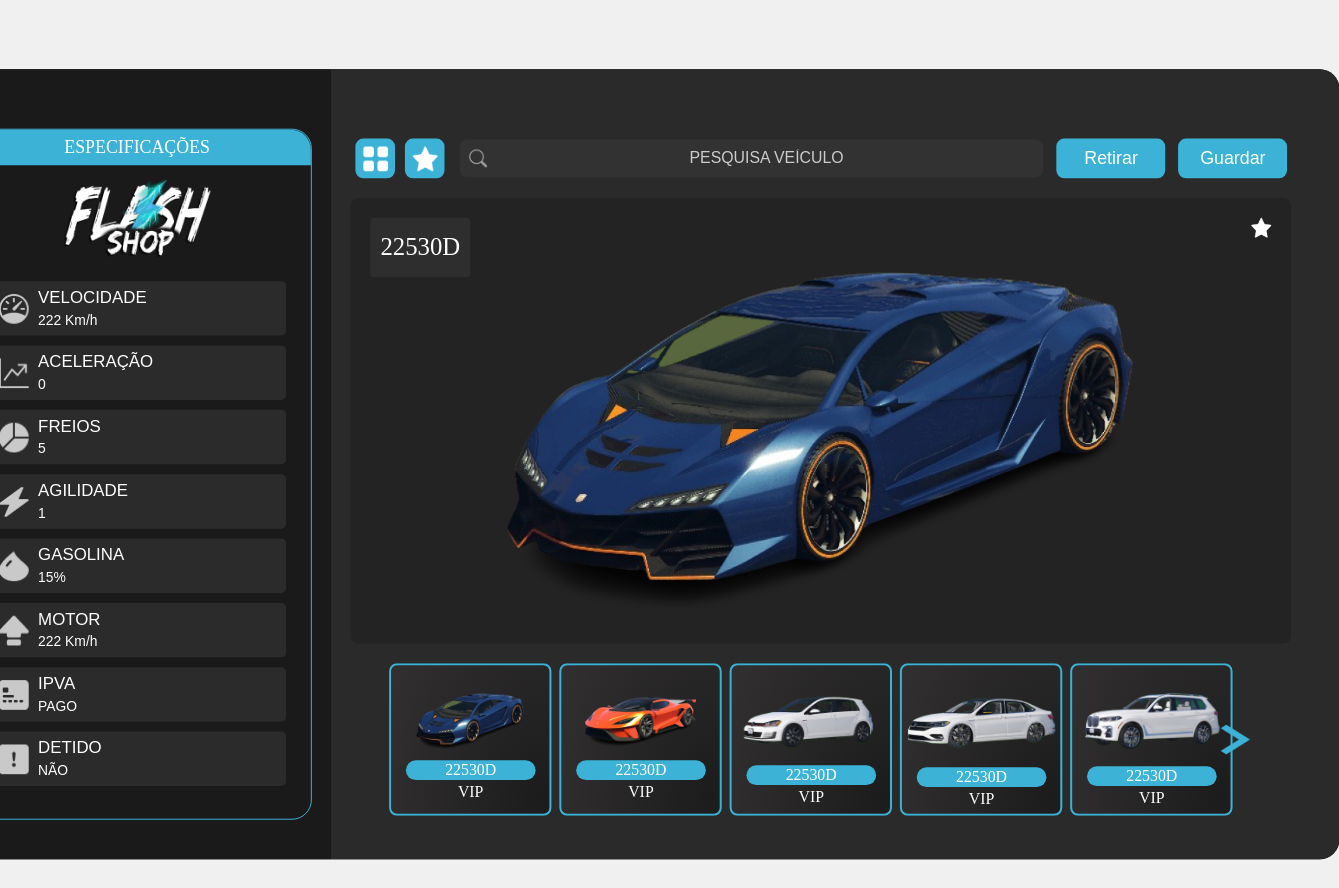
Repository: DuMCorrea/Garagem
Page: index.html
These files come from the project's save history. The page is drawn as it stood at one moment and after the next save; the edit follows.
The browser window is 1280 px wide. The page is 1353 px wide, so the pictures cover 1353 px, including what lies to the right of the window. The pictures show the whole page, at 99% of full size.
Some web fonts or font styles are not loaded; a fallback is used.

Above is the page before, as saved 2024-08-22 19:57:37.

### index.html
<!DOCTYPE html>
<html lang="pt-BR">
<head>
    <meta charset="UTF-8">
    <meta name="viewport" content="width=device-width, initial-scale=1.0">
    <link href="https://fonts.googleapis.com/css2?family=Baloo+Bhai&display=swap" rel="stylesheet">
    <title>Div Principal</title>
    <link rel="stylesheet" href="styles.css">
</head>
<body>
    <div class="div-principal">
        <div class="div-esquerda">
            <div class="retangulo-informacoes-3 duplicadoo">
                <img src="assets/FlashStore 2.png" alt="Imagem Mecânico" class="imagem-mecanico">
                <div class="titulo-retangulo">ESPECIFICAÇÕES</div>
                <div class="saldo-conteudo">
                    <div class="saldo-item">
                        <img src="assets/Velo.png" alt="Imagem de Carteira" class="saldo-imagem">
                        <div class="saldo-texto">
                            <p class="saldo-titulo">VELOCIDADE</p>
                            <p class="saldo-valor">222 Km/h</p>
                        </div>
                    </div>
                    <div class="saldo-item">
                        <img src="assets/Ace.png" alt="Imagem de Carteira" class="saldo-imagem">
                        <div class="saldo-texto">
                            <p class="saldo-titulo">ACELERAÇÃO</p>
                            <p class="saldo-valor">0</p>
                        </div>
                    </div>
                    <div class="saldo-item">
                        <img src="assets/Freios.png" alt="Imagem de Carteira" class="saldo-imagem">
                        <div class="saldo-texto">
                            <p class="saldo-titulo">FREIOS</p>
                            <p class="saldo-valor">5</p>
                        </div>
                    </div>
                    <div class="saldo-item">
                        <img src="assets/Agi.png" alt="Imagem de Carteira" class="saldo-imagem">
                        <div class="saldo-texto">
                            <p class="saldo-titulo">AGILIDADE</p>
                            <p class="saldo-valor">1</p>
                        </div>
                    </div>
                    <div class="saldo-item">
                        <img src="assets/Gaso.png" alt="Imagem de Carteira" class="saldo-imagem">
                        <div class="saldo-texto">
                            <p class="saldo-titulo">GASOLINA</p>
                            <p class="saldo-valor">15%</p>
                        </div>
                    </div>
                    <div class="saldo-item">
                        <img src="assets/Motor.png" alt="Imagem de Carteira" class="saldo-imagem">
                        <div class="saldo-texto">
                            <p class="saldo-titulo">MOTOR</p>
                            <p class="saldo-valor">222 Km/h</p>
                        </div>
                    </div>
                    <div class="saldo-item">
                        <img src="assets/Ipva.png" alt="Imagem de Carteira" class="saldo-imagem">
                        <div class="saldo-texto">
                            <p class="saldo-titulo">IPVA</p>
                            <p class="saldo-valor">PAGO</p>
                        </div>
                    </div>
                    <div class="saldo-item">
                        <img src="assets/Detido.png" alt="Imagem de Carteira" class="saldo-imagem">
                        <div class="saldo-texto">
                            <p class="saldo-titulo">DETIDO</p>
                            <p class="saldo-valor">NÃO</p>
                        </div>
                    </div>

                </div>
            </div>
        </div>


        <div class="div-direita">
            <div class="retangulo-fundo">
                <!-- Adicionando os quadrados e o input de pesquisa ao fundo -->
                <div class="container-quadrados">
                    <button class="botao-quadrado-azul">
                        <img src="assets/4Quadrados.png" alt="Ícone 1" class="pequena-imagem">
                    </button>
                    <button class="botao-quadrado-azul">
                        <img src="assets/estrela.png" alt="Ícone 2" class="pequena-imagem">
                    </button>
                    <div class="input-container">
                        <input type="text" class="input-pesquisa" placeholder="PESQUISA VEÍCULO">
                        <button class="botao-icone-pesquisa">
                            <img src="assets/lupa (2).png" alt="Ícone Pesquisa" class="icone-pesquisa">
                        </button>
                        <!-- Novos retângulos ao lado do input -->
                        <button class="botao-retangulo-azul">Retirar</button>
                        <button class="botao-retangulo-azul">Guardar</button>
                    </div>
                </div>

                <div class="codigo-overlay">22530D</div>
                <img src="assets/CarroMaior.png" alt="Imagem Central" class="imagem-central">
                <img src="assets/Estrela.png" alt="Ícone Superior Direito" class="imagem-direita">
            </div>

            <!-- Nova seção para os cards com fundo retangular azul claro -->
            <div class="fundo-cards">
                <img src="assets/menorMaior.png" alt="Seta Esquerda" class="seta-esquerda">
                <div class="cards-container">
                    <div class="card">
                        <img src="assets/carro1.png" alt="Card 1" class="card-image">
                        <div class="card-content">
                            <div class="card-code">22530D</div>
                            <div class="card-vip">VIP</div>
                        </div>
                    </div>
                    <div class="card">
                        <img src="assets/carro2.png" alt="Card 2" class="card-image">
                        <div class="card-content">
                            <div class="card-code">22530D</div>
                            <div class="card-vip">VIP</div>
                        </div>
                    </div>
                    <div class="card">
                        <img src="assets/carro3.png" alt="Card 3" class="card-image2">
                        <div class="card-content">
                            <div class="card-code">22530D</div>
                            <div class="card-vip">VIP</div>
                        </div>
                    </div>
                    <div class="card">
                        <img src="assets/carro4.png" alt="Card 4" class="card-image3">
                        <div class="card-content">
                            <div class="card-code">22530D</div>
                            <div class="card-vip">VIP</div>
                        </div>
                    </div>
                    <div class="card">
                        <img src="assets/carro5.png" alt="Card 5" class="card-image4">
                        <div class="card-content">
                            <div class="card-code">22530D</div>
                            <div class="card-vip">VIP</div>
                        </div>
                    </div>
                    <img src="assets/maiorMenor.png" alt="Seta Direita" class="seta-direita">
                </div>
            </div>
        </div>







    </div>
</body>
</html>

### styles.css
body {
    display: flex;
    flex-direction: column;
    align-items: center;
    margin: 0;
    background-color: #f0f0f0;
    font-family: 'Baloo Bhai';
    overflow-y: auto;
    margin-top: 70px;
}

.div-principal {
    position: relative;
    display: flex;
    width: 1425px;
    height: 798px;
    border-radius: 20px;
    background-color: #010101;
    margin-bottom: 20px;
}

.div-esquerda {
    width: 27%; /* Ocupa 30% da largura da div-principal */
    background-color: #1A1A1A; /* Cor de fundo diferente para destaque */
    border-radius: 20px 0px 0px 20px; /* Canto arredondado na esquerda */
    padding: 20px;
}

.div-direita {
    width: 72%; /* Ocupa 70% da largura da div-principal */
    background-color: #2A2A2A; /* Cor de fundo diferente para destaque */
    border-radius: 0px 20px 20px 0px; /* Canto arredondado na direita */
    padding: 20px;
}

.retangulo-informacoes-3 {
    width: 320px;
    height: 232px;
    position: absolute;
    top: 580px;
    left: 462px;
    border-radius: 20px;
    border: 1px solid #3CB3D6;
    background-color: rgba(0, 0, 0, 0); /* Ajuste da opacidade de fundo */
    opacity: 1; /* Visibilidade ativada */
}
.duplicadoo {
    width: 350px;
    height: 696px;
    position: absolute;
    top: 60px;
    left: 35px;
    border-radius: 20px;
    border: 1px solid #3CB3D6;
    background-color: rgba(0, 0, 0, 0); /* Ajuste da opacidade de fundo */
    opacity: 1; /* Visibilidade ativada */
}

.titulo-retangulo {
    width: 100%; /* Ajusta a largura ao do retângulo */
    height: 36px;
    background: #3CB3D6; /* Cor de fundo */
    border-radius: 20px 20px 0 0; /* Arredonda apenas os cantos superiores */
    color: white; /* Cor do texto */
    font-size: 18px; /* Tamanho do texto */
    line-height: 36px; /* Centraliza verticalmente o texto */
    text-align: center; /* Centraliza horizontalmente o texto */
    position: absolute;
    top: 0; /* Alinha o título ao topo do retângulo */
    left: 0; /* Alinha o título à esquerda do retângulo */
}

.status-rectangle {
    width: 300px;
    height: 35px;
    position: absolute;
    top: 130px;
    left: 16px;
    display: flex;
    align-items: center;
    justify-content: space-between; /* Ajuste para espaçar os textos */
    padding: 0 10px; /* Adicione um pequeno padding para afastar o texto das bordas */
    border-radius: 5px;
    opacity: 1; /* Tornar o retângulo visível */
    background: #37373796;
  }
  .status-text {
    font-size: 14px;
    color: #fff;
    font-family: 'Baloo Bhai', sans-serif;
  }

  .imagem-mecanico {
    display: block;
    margin: 0 auto; /* Centraliza a imagem horizontalmente */
    width: 50%; /* Ajuste a largura da imagem conforme necessário */
    height: 25%; /* Ajuste a altura da imagem conforme necessário */
    position: absolute;
    top: 0px; /* Ajuste a posição vertical da imagem */
    left: 50%;
    transform: translateX(-50%); /* Centraliza a imagem em relação ao retângulo */
}








.saldo-imagem {
    width: 30px;
    height: 30px;
    margin-right: 10px; /* Espaçamento entre a imagem e o texto */
}
.saldo-conteudo {
    display: flex;
    flex-direction: column;
    align-items: center;
    justify-content: center;
    height: 100%;
    padding: 10px;
    gap: 10px; /* Espaçamento entre os retângulos */
    margin-top: 50px;
}

.saldo-item {
    display: flex;
    align-items: center;
    width: 280px;
    height: 35px;
    border-radius: 5px;
    background: #37373796;
    padding: 10px;
}

.saldo-texto {
    display: flex;
    flex-direction: column;
    gap: 2px; /* Espaçamento reduzido entre o título e o valor */
    font-family: 'Baloo Bhai', sans-serif;


}

.saldo-titulo {
    font-family: 'Baloo Bhai', sans-serif;
    font-size: 17px;
    font-weight: 400;
    line-height: 20px; /* Ajuste na altura da linha para deixar os textos mais próximos */
    text-align: left;
    color: white;
    margin: 0;
}
.saldo-valor {
    font-family: 'Baloo Bhai', sans-serif;
    font-size: 14px;
    font-weight: 400;
    line-height: 20px; /* Ajuste na altura da linha para deixar os textos mais próximos */
    text-align: left;
    color: white;
    margin: 0;
}



/* DIV DA DIREITA */

/* Estilo para o contêiner dos quadrados e do input de pesquisa */
.container-quadrados {
    position: absolute;
    top: -60px; /* Ajuste para posicionar os quadrados acima do fundo */
    left: 5px; /* Ajuste para mover os quadrados mais para a esquerda */
    display: flex;
    gap: 10px; /* Espaçamento entre os quadrados e o input */
}

.botao-quadrado-azul {
    width: 40px; /* Tamanho do quadrado */
    height: 40px; /* Tamanho do quadrado */
    background-color: #3CB3D6; /* Cor de fundo azul claro */
    display: flex;
    justify-content: center;
    align-items: center;
    border: none; /* Remove a borda padrão */
    border-radius: 8px; /* Bordas arredondadas */
    cursor: pointer; /* Indica que o elemento é clicável */
    padding: 0; /* Remove o padding padrão do botão */
    margin: 0; /* Remove a margem padrão do botão */
}

.pequena-imagem {
    width: 25px; /* Tamanho da imagem */
    height: 25px;
}

/* Estilo para o contêiner do input e ícone */
.input-container {
    position: relative; /* Define o contexto para o ícone */
    margin-left: 5px; /* Espaçamento entre os quadrados e o input */
}

/* Estilo para o input de pesquisa */
.input-pesquisa {
    padding: 10px 10px 10px 40px; /* Espaçamento interno, espaço adicional à esquerda para o ícone */
    width: 540px; /* Largura do input */
    background: rgba(62, 62, 62, 0.42); /* Cor de fundo com opacidade */
    border: none; /* Remove a borda padrão */
    border-radius: 8px; /* Bordas arredondadas */
    color: #fff; /* Cor do texto */
    font-size: 16px; /* Tamanho da fonte */
    text-align: center; /* Centraliza o texto do placeholder */
}

.input-pesquisa::placeholder {
    color: #ccc; /* Cor do placeholder */
}

/* Estilo para o botão da lupa */
.botao-icone-pesquisa {
    position: absolute; /* Alinha o botão com o input */
    left: 10px; /* Alinha o ícone à esquerda dentro do input */
    top: 50%; /* Alinha verticalmente o ícone no centro */
    transform: translateY(-50%); /* Corrige o alinhamento vertical */
    width: 18px; /* Tamanho do botão */
    height: 18px; /* Tamanho do botão */
    background: transparent; /* Remove o fundo do botão */
    border: none; /* Remove a borda padrão do botão */
    cursor: pointer; /* Indica que o botão é clicável */
    padding: 0; /* Remove o padding padrão do botão */
    display: flex; /* Centraliza o ícone dentro do botão */
    justify-content: center;
    align-items: center;
}
/* Estilo para o ícone dentro do botão */
.botao-icone-pesquisa img {
    width: 18px; /* Tamanho do ícone */
    height: 18px; /* Tamanho do ícone */
}

/* Outros estilos existentes */
.retangulo-fundo {
    width: 950px;
    height: 450px;
    background: rgba(29, 28, 28, 0.48); /* Cor com opacidade */
    border-radius: 8px;
    display: flex;
    justify-content: center;
    align-items: center;
    margin-top: 110px;
    position: relative; /* Define a posição relativa para o fundo */
}

.imagem-central {
    width: 650px;
    height: 378.6px;
}

.codigo-overlay {
    position: absolute;
    top: 20px; /* Ajusta a posição para o canto superior */
    left: 20px; /* Ajusta a posição para o canto esquerdo */
    padding: 5px 10px;
    background: rgba(62, 62, 62, 0.42); /* Cor com opacidade */
    border-radius: 4px;
    color: #fff;
    font-size: 25px;
    line-height: 50px;
}

.imagem-direita {
    position: absolute;
    top: 20px; /* Posição no canto superior */
    right: 20px; /* Posição no canto direito */
    width: 20px; /* Ajuste o tamanho conforme necessário */
    height: 20px; /* Ajuste o tamanho conforme necessário */
}

.botao-quadrado-azul img {
    width: 25px; /* Tamanho da imagem */
    height: 25px;
}
/* Estilo para os botões dos retângulos */
.botao-retangulo-azul {
    width: 110px; /* Largura dos retângulos */
    height: 40px; /* Altura dos retângulos */
    background-color: #3CB3D6; /* Cor de fundo azul claro */
    display: flex;
    justify-content: center;
    align-items: center;
    border: none; /* Remove a borda padrão */
    border-radius: 8px; /* Bordas arredondadas */
    color: #fff; /* Cor do texto */
    font-size: 18px; /* Tamanho da fonte */
    cursor: pointer; /* Indica que o elemento é clicável */
    margin-left: 12px; /* Espaçamento entre o input e os retângulos */
    padding: 0; /* Remove o padding padrão do botão */
}

/* Estilo para o contêiner do input e ícone, ajustando o espaço para os retângulos */
/* Ajusta o contêiner do input e ícone para incluir os botões */
.input-container {
    position: relative; /* Define o contexto para o ícone e botões */
    margin-left: 5px; /* Espaçamento entre os quadrados e o input */
    display: flex; /* Organiza os itens horizontalmente */
    align-items: center; /* Alinha verticalmente os itens */
    gap: 1px; /* Espaçamento entre os itens */
}




/* Estilo para o código do card com fundo retangular azul */
.card-code {
    font-size: 16px; /* Tamanho da fonte ajustado */
    margin-bottom: 3px; /* Espaçamento abaixo do código */
    margin-top: 7px;
    background: #3CB3D6; /* Cor de fundo azul */
    color: #fff; /* Cor do texto branca para contraste */
    padding: 1px 40px; /* Espaçamento interno */
    border-radius: 10px; /* Bordas arredondadas */
    display: inline-block; /* Garante que o fundo azul se ajuste ao texto */
}

/* Estilo para a nova seção de cards */
.cards-container {
    display: flex; /* Organiza os cards horizontalmente */
    justify-content: flex-start; /* Alinha os cards no início da linha */
    flex-wrap: nowrap; /* Não permite quebra de linha, todos os cards na mesma linha */
    gap: 8px; /* Espaçamento entre os cards */
    margin-top: 20px; /* Espaçamento acima dos cards */
    margin-left: -100px; /* Espaçamento à esquerda da div para mover os cards mais para a direita */
    overflow-x: auto; /* Permite rolagem horizontal se os cards não cabem na tela */
}

/* Estilo para cada card */
.card {
    width: 160px; /* Largura aumentada do card */
    height: 150px; /* Altura aumentada do card */
    background: radial-gradient(547.21% 823.76% at 94.51% 88.04%, #1D1C1C 0%, #837E7E 100%); /* Cor de fundo do card */
    border: 2px solid #3CB3D6; /* Borda do card */
    border-radius: 8px; /* Bordas arredondadas */
    display: flex; /* Organiza o conteúdo verticalmente */
    flex-direction: column; /* Organiza os itens na vertical */
    align-items: center; /* Alinha o conteúdo horizontalmente no centro */
    justify-content: center; /* Alinha o conteúdo verticalmente no centro */
    overflow: hidden; /* Esconde qualquer parte do conteúdo que exceda os limites do card */
}

/* Estilo para a imagem do card */
.card-image {
    width: 70%; /* Largura da imagem */
    height: 40%; /* Altura da imagem reduzida */
    object-fit: cover; /* Cobre o espaço do card mantendo a proporção da imagem */
    margin-top: 15px;
}
.card-image2 {
    width: 120%; /* Largura da imagem */
    height: 80%; /* Altura da imagem reduzida */
    object-fit: cover; /* Cobre o espaço do card mantendo a proporção da imagem */
    margin-bottom: -20px;
    margin-top: -14px;
}
.card-image3 {
    width: 110%; /* Largura da imagem */
    height: 80%; /* Altura da imagem reduzida */
    object-fit: cover; /* Cobre o espaço do card mantendo a proporção da imagem */
    margin-bottom: -18px;
    margin-top: -12px;
}
.card-image4 {
    width: 100%; /* Largura da imagem */
    height: 70%; /* Altura da imagem reduzida */
    object-fit: cover; /* Cobre o espaço do card mantendo a proporção da imagem */
    margin-top: 0px;
    margin-bottom: -17px;
}

/* Estilo para o conteúdo do card */
.card-content {
    width: 100%; /* Largura do conteúdo */
    text-align: center; /* Centraliza o texto */
    color: #fff; /* Cor do texto */
    padding: 5px 0; /* Espaçamento interno */
}

/* Estilo para o código do card */
.card-code {
    font-size: 16px; /* Tamanho da fonte ajustado */
    margin-bottom: 3px; /* Espaçamento abaixo do código */
}



/* Estilo para a seta esquerda */
.seta-esquerda {
    width: 30px; /* Ajuste o tamanho conforme necessário */
    height: 30px;
    cursor: pointer; /* Indica que a seta é clicável */
    align-self: center; /* Centraliza verticalmente a seta em relação aos cards */
    margin-right: 40px; /* Espaçamento entre a seta e o primeiro card */
}

/* Estilo para a seta direita */
.seta-direita {
    width: 30px; /* Ajuste o tamanho conforme necessário */
    height: 30px;
    cursor: pointer; /* Indica que a seta é clicável */
    align-self: center; /* Centraliza verticalmente a seta em relação aos cards */
    margin-left: -20px; /* Espaçamento entre a seta e o último card */
}
/* Estilo para a nova seção de cards */
.fundo-cards {
    display: flex; /* Organiza as setas e os cards na horizontal */
    align-items: center; /* Alinha os itens verticalmente ao centro */
    justify-content: center; /* Centraliza o conteúdo */
}

After the next save:
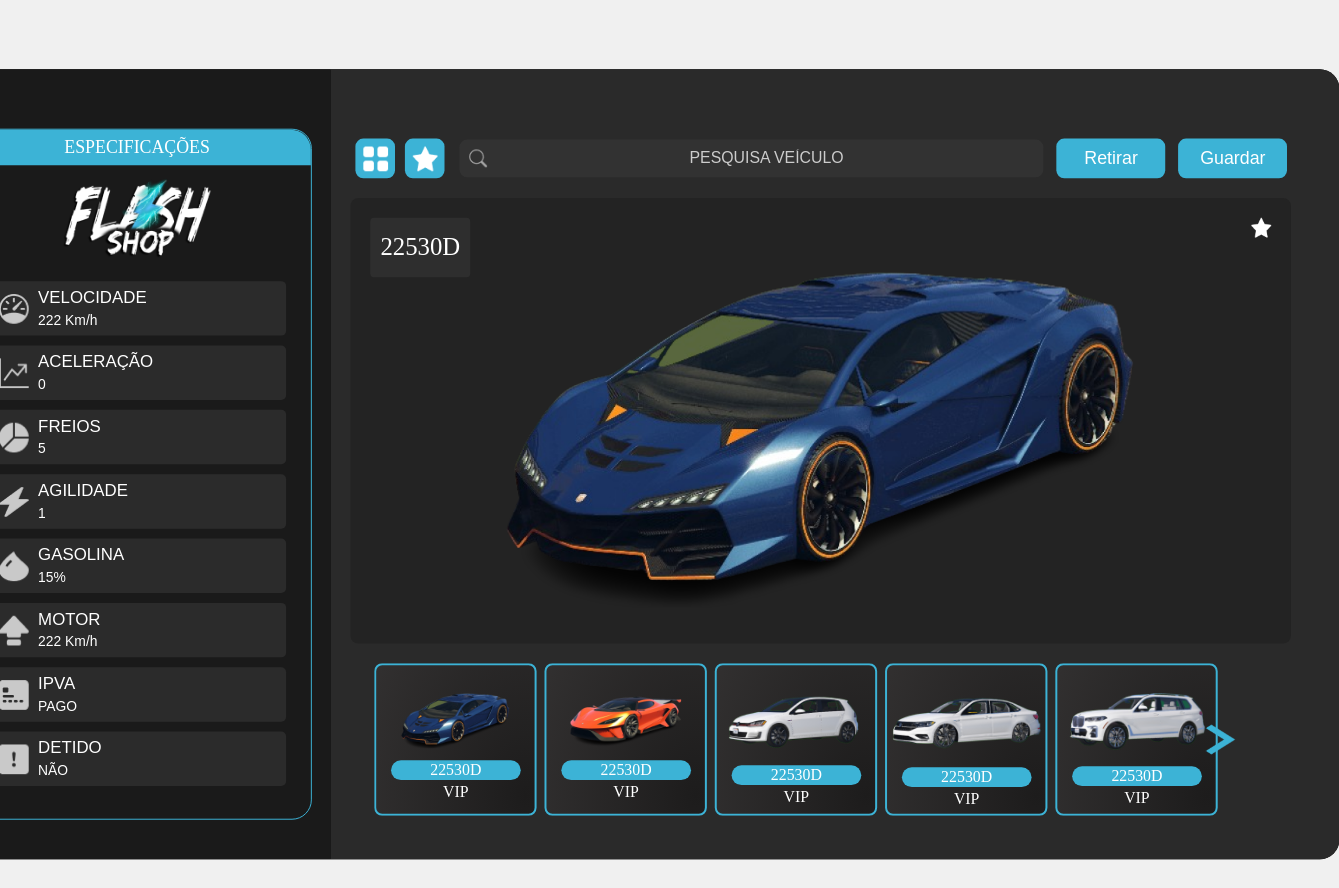
Saved 79 s later.
--- a/styles.css
+++ b/styles.css
@@ -398,7 +398,7 @@
     height: 30px;
     cursor: pointer; /* Indica que a seta é clicável */
     align-self: center; /* Centraliza verticalmente a seta em relação aos cards */
-    margin-right: 40px; /* Espaçamento entre a seta e o primeiro card */
+    margin-right: 10px; /* Espaçamento entre a seta e o primeiro card */
 }
 
 /* Estilo para a seta direita */
